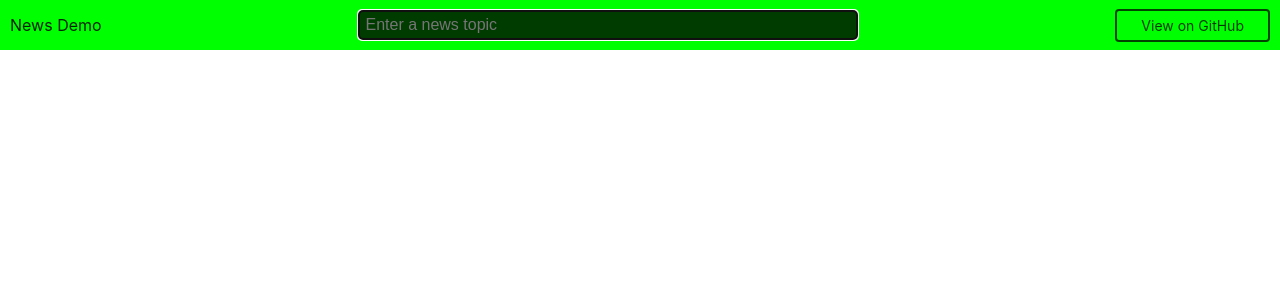
Repository: KanmegneTabouguie/joblisting
Page: NewsApp copy 3/news-demo-starter-files/index.html
The author's editor kept a copy of each file at every save. The page is drawn from the files as they stood at one save, then again after the next save.
The browser window is 1280 px wide. The pictures show the whole page.

Above is the page before, as saved 2024-01-23 21:20:42.

### NewsApp copy 3/news-demo-starter-files/index.html
<!DOCTYPE html>
<html lang="en">
<head>
  <meta charset="UTF-8">
  <meta name="viewport" content="width=device-width, initial-scale=1.0">
  <meta http-equiv="X-UA-Compatible" content="ie=edge">
  <title>News App Demo</title>
  <link rel="stylesheet" href="/assets/style.css">
</head>
<body>
  <main>
    <header>
      <a class="logo" href="/">News Demo</a>
      <form action="/search" method="GET">
        <input
          autofocus
          class="search-input"
          value=""
          placeholder="Enter a news topic"
          type="search"
          name="q"
        />
      </form>
      <a
        href="https://github.com/freshman-tech/news"
        class="button github-button"
        >View on GitHub</a
      >
    </header>
  </main></body>
</html>

### NewsApp copy 3/news-demo-starter-files/assets/style.css
html {
  box-sizing: border-box;
}

*, *::before, *::after {
  box-sizing: inherit;
  margin: 0;
  padding: 0;
}

:root {
  --light-green: #00ff00;
  --dark-green: #003b00;
  --dark-grey: #777;
  --light-grey: #dadce0;
}

body {
  font-family: -apple-system, BlinkMacSystemFont, 'Segoe UI', Roboto, Oxygen-Sans, Ubuntu, Cantarell, 'Helvetica Neue', sans-serif;
}

a {
  text-decoration: none;
  color: #333;
}

a:hover {
  text-decoration: underline;
}

a.button {
  border: 2px solid #004400;
  color: var(--dark-green);
  border-radius: 4px;
  padding: 6px 24px;
  font-size: 14px;
  font-weight: 400;
}

a.button:hover {
  text-decoration: none;
  background-color: var(--dark-green);
  color: var(--light-green);
}

header {
  width: 100%;
  height: 50px;
  position: fixed;
  top: 0;
  left: 0;
  right: 0;
  display: flex;
  justify-content: space-between;
  background-color: var(--light-green);
  padding: 5px 10px;
  align-items: center;
}

.logo {
  color: #002200;
}

form {
  height: calc(100% - 10px);
}

.search-input {
  width: 500px;
  height: 100%;
  border-radius: 4px;
  border-color: transparent;
  background-color: var(--dark-green);
  color: var(--light-green);
  font-size: 16px;
  line-height: 1.4;
  padding-left: 5px;
}

.container {
  width: 100%;
  max-width: 720px;
  margin: 0 auto;
  padding: 80px 20px 40px;
}

.result-count {
  color: var(--dark-grey);
  text-align: center;
  margin-bottom: 15px;
}

.search-results {
  list-style: none;
}

.news-article {
  display: flex;
  align-items: flex-start;
  margin-bottom: 30px;
  border: 1px solid var(--light-grey);
  padding: 15px;
  border-radius: 4px;
  justify-content: space-between;
}

.article-image {
  width: 200px;
  flex-grow: 0;
  flex-shrink: 0;
  margin-left: 20px;
}

.title {
  margin-bottom: 15px;
}

.description {
  color: var(--dark-grey);
  margin-bottom: 15px;
}

.metadata {
  display: flex;
  color: var(--dark-green);
  font-size: 14px;
}

.published-date::before {
  content: '\0000a0\002022\0000a0';
  margin: 0 3px;
}

.pagination {
  margin-top: 20px;
}

.previous-page {
  margin-right: 20px;
}

@media screen and (max-width: 550px) {
  header {
    flex-direction: column;
    height: auto;
    padding-bottom: 10px;
  }

  .logo {
    display: inline-block;
    margin-bottom: 10px;
  }

  form, .search-input {
    width: 100%;
  }

  .github-button {
    display: none;
  }

  .title {
    font-size: 18px;
  }

  .description {
    font-size: 14px;
  }

  .article-image {
    display: none;
  }
}

After the next save:
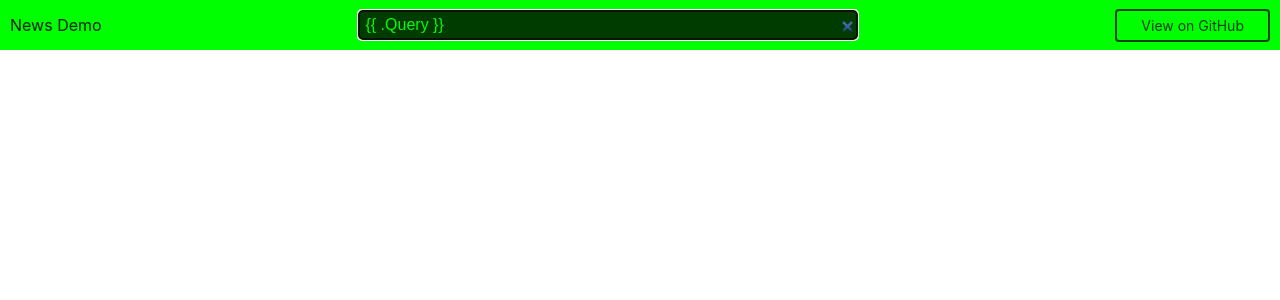
Saved 31 min 52 s later.
--- a/NewsApp copy 3/news-demo-starter-files/index.html
+++ b/NewsApp copy 3/news-demo-starter-files/index.html
@@ -15,7 +15,7 @@
         <input
           autofocus
           class="search-input"
-          value=""
+          value="{{ .Query }}"
           placeholder="Enter a news topic"
           type="search"
           name="q"
